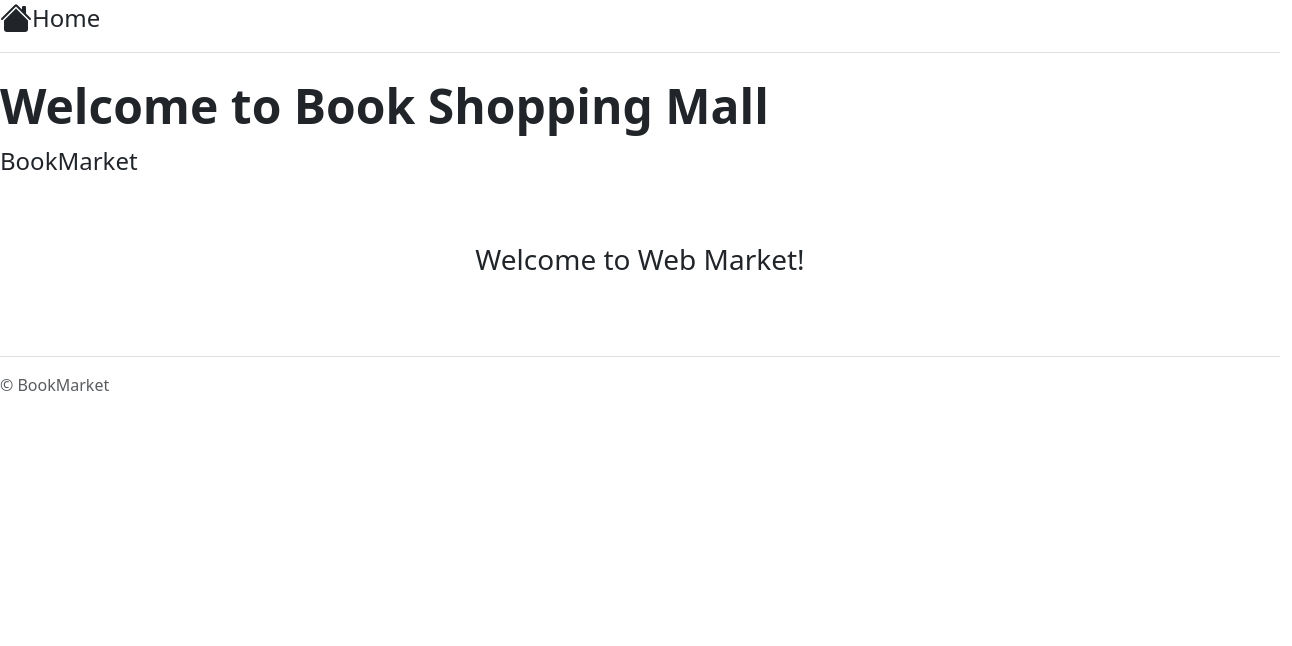
Repository: HyeongWook22/JSP
Page: http://localhost/bookmarket/
The author's editor kept a copy of each file at every save. The page is drawn from the files as they stood at one save, then again after the next save.
The browser window is 1280 px wide. The page is 1292 px wide, so the pictures cover 1292 px, including what lies to the right of the window. The pictures show the whole page.
The page is served by Tomcat 10. Other server files are loaded and not shown.

Above is the page before, as saved 2024-10-08 02:30:37.

### bookmarket/src/main/webapp/welcome.jsp
<%@ page language="java" contentType="text/html; charset=UTF-8"
    pageEncoding="UTF-8"%>
<!DOCTYPE html>
<html>
<head>
<link href="https://cdn.jsdelivr.net/npm/bootstrap@5.3.0-alpha1/dist/css/bootstrap.min.css" rel="stylesheet">
<meta charset="UTF-8">
<title>Welcome</title>
</head>
<body>
<div>
	<header class = "pb-3 mb-4 border-bottom">
		<a href ="./welcome.jsp" class = "d-flex align-items-center text-dark text-decoration-none">
		<svg  width="32" height="32" fill="currentColor" class="bi bi-house-fill" viewBox="0 0 16 16">
        <path d="M8.707 1.5a1 1 0 0 0-1.414 0L.646 8.146a.5.5 0 0 0 .708.708L8 2.207l6.646 6.647a.5.5 0 0 0 .708-.708L13 5.793V2.5a.5.5 0 0 0-.5-.5h-1a.5.5 0 0 0-.5.5v1.293L8.707 1.5Z"/>
        <path d="m8 3.293 6 6V13.5a1.5 1.5 0 0 1-1.5 1.5h-9A1.5 1.5 0 0 1 2 13.5V9.293l6-6Z"/>
        </svg>
        		<span class = "fs-4">Home</span>
		</a>
	</header>
<%!
String greeting = "Welcome to Book Shopping Mall";
String tagline = "Welcome to Web Market!";
%>
	<div>
		<div>
			<h1 class = "display-5 fw-bold"><%=greeting %></h1>
			<p class = "col-md-8 fs-4">BookMarket</p>
		</div>
	</div>

	<div class = "row align-tiems-md-stretch   text-center">
		<div class = "col-md-12">
			<div class = "h-100 p-5">
				<h3><%=tagline %></h3>
			</div>
		</div>
	</div>

	<footer class = "pt-3 mt-4 text-body-secondary border-top">
		&copy; BookMarket
	</footer>
</div>
</body>
</html>

After the next save:
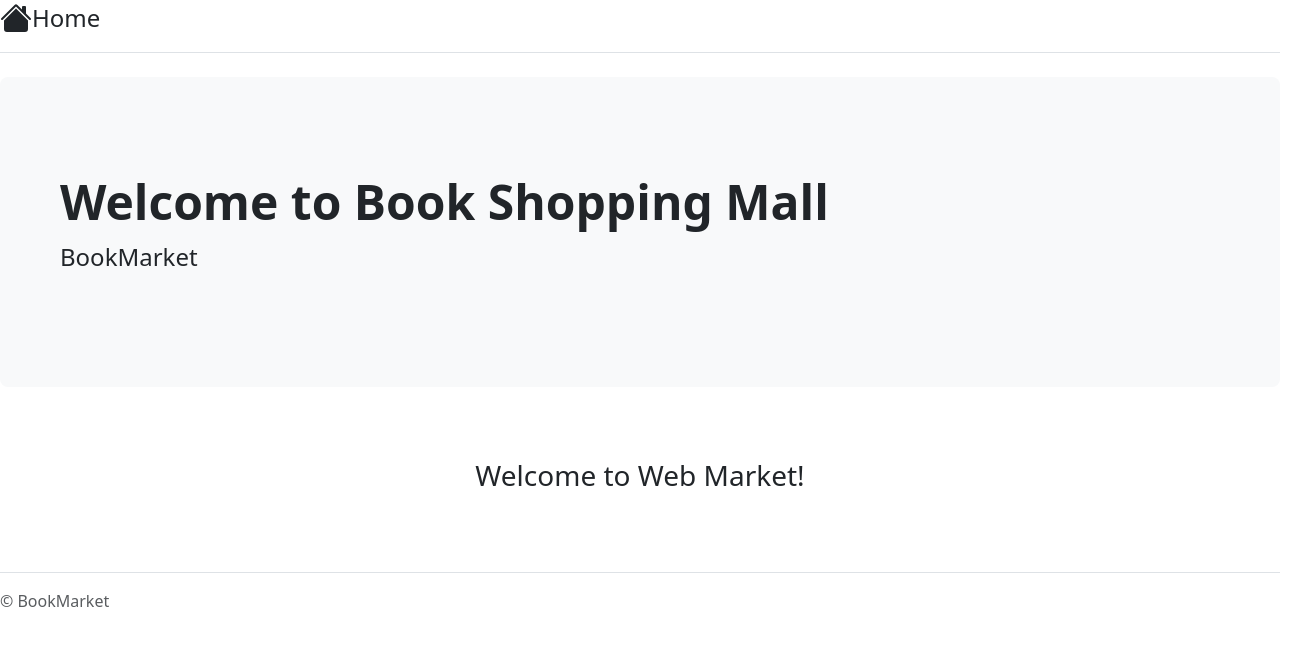
Saved 58 s later.
--- a/bookmarket/src/main/webapp/welcome.jsp
+++ b/bookmarket/src/main/webapp/welcome.jsp
@@ -22,8 +22,8 @@
 String greeting = "Welcome to Book Shopping Mall";
 String tagline = "Welcome to Web Market!";
 %>
-	<div>
-		<div>
+	<div class = "p-5 mb-4 bg-body-tertiary rounded-3">
+		<div class = "container-fluid py-5">
 			<h1 class = "display-5 fw-bold"><%=greeting %></h1>
 			<p class = "col-md-8 fs-4">BookMarket</p>
 		</div>
